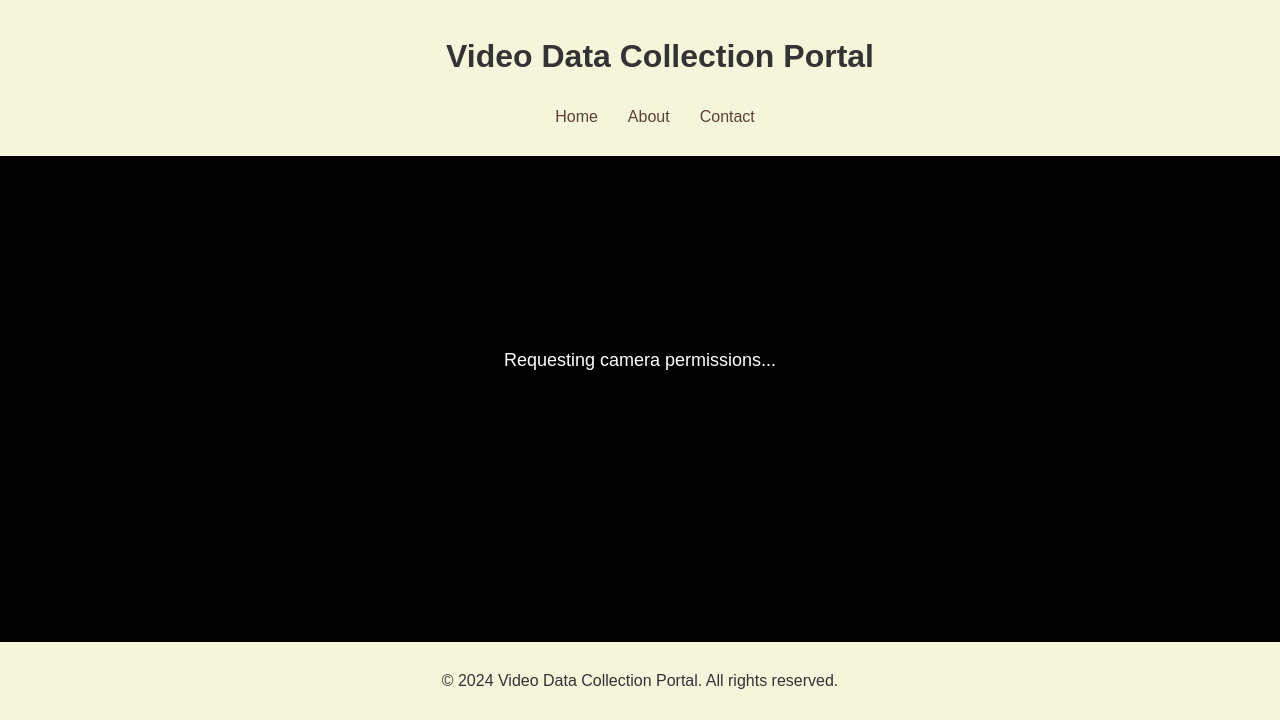
Repository: Oren93/sign_lang_data
Page: /record (app in frontend/sign-lang-ui/)
These files come from the project's save history. The page is drawn as it stood at one moment and after the next save; the edit follows.
The browser window is 1280 px wide. The pictures show the whole page.
The page's requests for data from a server got no answer. The project was rebuilt for these pictures with package versions that can differ from the ones it lists, and the page was loaded fresh each time. No one was signed in, and anything a server would have sent is missing. Also part of the build but not shown: frontend/sign-lang-ui/vite.config.ts, frontend/sign-lang-ui/src/pages/Home.tsx, frontend/sign-lang-ui/src/pages/About.tsx, frontend/sign-lang-ui/src/pages/Contact.tsx, frontend/sign-lang-ui/src/pages/Upload.module.css, frontend/sign-lang-ui/src/pages/Upload.tsx.

Above is the page before, as saved 2024-06-10 10:35:50.

### frontend/sign-lang-ui/src/main.tsx
// src/main.tsx
import React from 'react';
import ReactDOM from 'react-dom/client';
import { BrowserRouter as Router, Routes, Route } from 'react-router-dom';
import App from './App';
import './index.css';

const root = ReactDOM.createRoot(document.getElementById('root') as HTMLElement);
root.render(
  <React.StrictMode>
    <Router>
      <Routes>
        <Route path="/*" element={<App />} />
      </Routes>
    </Router>
  </React.StrictMode>
);

### frontend/sign-lang-ui/src/App.tsx
// src/App.tsx
import React, { useEffect, useLayoutEffect } from 'react';
import { Routes, Route, useLocation } from 'react-router-dom';
import Header from './components/Header';
import Footer from './components/Footer';
import Home from './pages/Home';
import About from './pages/About';
import Contact from './pages/Contact';
import Upload from './pages/Upload';
import Record from './pages/Record'; // Import the new component

const App: React.FC = () => {
  const location = useLocation();

  useLayoutEffect(() => {
    const adjustMainPadding = () => {
      const headerHeight = document.querySelector('header')?.offsetHeight || 0;
      const footerHeight = document.querySelector('footer')?.offsetHeight || 0;
      const mainElement = document.querySelector('main');

      if (mainElement) {
        mainElement.style.paddingTop = `${headerHeight}px`;
        mainElement.style.paddingBottom = `${footerHeight}px`;
      }
    };

    // Initial adjustment
    adjustMainPadding();

    // Adjust padding on load and window resize
    window.addEventListener('resize', adjustMainPadding);

    return () => {
      window.removeEventListener('resize', adjustMainPadding);
    };
  }, [location.pathname]);

  return (
    <div>
      <Header />
      <Routes>
        <Route path="/" element={<Home />} />
        <Route path="/about" element={<About />} />
        <Route path="/contact" element={<Contact />} />
        <Route path="/upload" element={<Upload />} />
        <Route path="/record" element={<Record />} /> {/* Add the new route */}
      </Routes>
      <Footer />
    </div>
  );
};

export default App;

### frontend/sign-lang-ui/src/index.css
/* src/index.css */

/* General body styles */
html, body {
  font-family: Arial, sans-serif;
  line-height: 1.6;
  margin: 0;
  padding: 0;
  background: #f4f4f4;
  color: #333;
  height: 100vh;
  overflow: auto;
}

/* Header styles */
header {
  position: fixed;
  top: 0;
  left: 0;
  width: 100%;
  background: #f5f5dc;
  color: #333;
  padding: 10px 20px;
  z-index: 1000;
  text-align: center;
}

nav ul {
  list-style: none;
  padding: 0;
}

nav ul li {
  display: inline;
  margin-right: 10px;
}

nav ul li a {
  color: #5C4033;
  text-decoration: none;
  padding: 5px 10px;
}

/* Main section styles */
main {
  position: relative;
  overflow-y: auto;
  padding-left: 20px;
  padding-right: 20px;
  background: #fff; /* Ensures background color for readability */
  transition: padding-top 0.3s ease, padding-bottom 0.3s ease; /* Smooth transitions for padding adjustments */
  padding-top: 0; /* Initially set to 0 */
  padding-bottom: 0; /* Initially set to 0 */
}

section {
  margin-bottom: 20px;
}

/* Footer styles */
footer {
  position: fixed;
  bottom: 0;
  left: 0;
  width: 100%;
  background: #f5f5dc;
  color: #333;
  padding: 10px 20px;
  z-index: 1000;
  text-align: center;
  box-sizing: border-box; /* Ensures padding is included in the element's total width and height */
}
/* Link hover effect */
nav ul li a:hover {
  color: #8B4513;
  text-decoration: underline;
}

@media (max-width: 768px) {
  nav ul {
      text-align: center;
  }

  nav ul li {
      display: block;
      margin-bottom: 10px;
  }

  main {
      margin: 10px;
  }
}

/* Form styles */
form {
  max-width: 500px;
  margin: 20px auto;
  padding: 20px;
  background: #f8f8f8;
  border: 1px solid #ddd;
}

label {
  display: block;
  margin-bottom: 10px;
}

input[type="file"] {
  margin-bottom: 20px;
}

button {
  background: #333;
  color: #fff;
  border: none;
  padding: 10px 20px;
  cursor: pointer;
}

button:hover {
  background: #555;
}

### frontend/sign-lang-ui/src/components/Header.tsx
// src/components/Header.tsx
import React from 'react';
import { Link } from 'react-router-dom';

const Header: React.FC = () => {
  return (
    <header>
      <h1>Video Data Collection Portal</h1>
      <nav>
        <ul>
          <li><Link to="/">Home</Link></li>
          <li><Link to="/about">About</Link></li>
          <li><Link to="/contact">Contact</Link></li>
          {/* Removed the upload link */}
        </ul>
      </nav>
    </header>
  );
};

export default Header;

### frontend/sign-lang-ui/src/components/Footer.tsx
// src/components/Footer.tsx
import React from 'react';

const Footer: React.FC = () => {
  return (
    <footer>
      <p>&copy; 2024 Video Data Collection Portal. All rights reserved.</p>
    </footer>
  );
};

export default Footer;

### frontend/sign-lang-ui/src/pages/Record.tsx
// src/pages/Record.tsx
import React, { useState, useRef, useEffect } from 'react';
import { useNavigate } from 'react-router-dom';
import Webcam from 'react-webcam';
import styles from './Record.module.css'; // Import the CSS module

const words = ['hello', 'world', 'sign', 'language', 'video', 'record']; // Example words

const Record: React.FC = () => {
  const [word, setWord] = useState<string>('');
  const [recording, setRecording] = useState<boolean>(false);
  const [videoUrl, setVideoUrl] = useState<string | null>(null);
  const [cameraEnabled, setCameraEnabled] = useState<boolean>(false);
  const webcamRef = useRef<Webcam>(null);
  const mediaRecorderRef = useRef<MediaRecorder | null>(null);
  const [capturedChunks, setCapturedChunks] = useState<Blob[]>([]);
  const navigate = useNavigate();

  useEffect(() => {
    generateRandomWord();
    document.documentElement.requestFullscreen();

    const requestCameraPermission = async () => {
      try {
        await navigator.mediaDevices.getUserMedia({ video: true });
        setCameraEnabled(true);
      } catch (error) {
        alert('Camera permissions are required to proceed.');
        navigate('/');
      }
    };

    requestCameraPermission();
  }, [navigate]);

  const generateRandomWord = () => {
    const randomWord = words[Math.floor(Math.random() * words.length)];
    setWord(randomWord);
  };

  const handleStartRecording = () => {
    setRecording(true);
    setCapturedChunks([]);
    if (webcamRef.current?.stream) {
      mediaRecorderRef.current = new MediaRecorder(webcamRef.current.stream, {
        mimeType: 'video/webm',
      });
      mediaRecorderRef.current.addEventListener('dataavailable', handleDataAvailable);
      mediaRecorderRef.current.start();
    }
  };

  const handleDataAvailable = (event: BlobEvent) => {
    if (event.data.size > 0) {
      setCapturedChunks((prev) => [...prev, event.data]);
    }
  };

  const handleStopRecording = () => {
    setRecording(false);
    mediaRecorderRef.current?.stop();
    if (capturedChunks.length) {
      const blob = new Blob(capturedChunks, { type: 'video/webm' });
      const url = URL.createObjectURL(blob);
      setVideoUrl(url);
    }
  };

  const handleLeaveRecording = () => {
    document.exitFullscreen();
    navigate('/');
  };

  return (
    <div className={styles.fullscreenContainer}>
      <div className={styles.overlay}>
        {cameraEnabled ? (
          <>
            <h2 className={styles.word}>{word}</h2>
            <Webcam className={styles.webcam} audio={false} ref={webcamRef} />
            <div className={styles.buttonContainer}>
              {recording ? (
                <button className={styles.startButton} onClick={handleStopRecording}>Stop Recording</button>
              ) : (
                <button className={styles.startButton} onClick={handleStartRecording}>Start Recording</button>
              )}
              <button className={styles.leaveButton} onClick={handleLeaveRecording}>Leave Recording</button>
            </div>
            {videoUrl && (
              <div>
                <h3>Recorded Video:</h3>
                <video className={styles.video} src={videoUrl} controls />
              </div>
            )}
          </>
        ) : (
          <p className={styles.permissionMessage}>Requesting camera permissions...</p>
        )}
      </div>
    </div>
  );
};

export default Record;

### frontend/sign-lang-ui/src/pages/Record.module.css
/* src/pages/Record.module.css */

.fullscreenContainer {
    display: flex;
    justify-content: center;
    align-items: center;
    width: 100vw;
    height: 100vh;
    background-color: black;
    position: relative;
}

.overlay {
    display: flex;
    flex-direction: column;
    align-items: center;
    justify-content: center;
    position: absolute;
    width: 100%;
    height: 100%;
}

.word {
    color: white;
    font-size: 24px;
    margin-bottom: 20px;
}

.webcam {
    width: 50%;
    max-width: 600px;
    border: 2px solid white;
    margin-bottom: 20px;
}

.buttonContainer {
    display: flex;
    justify-content: space-around;
    width: 50%;
    max-width: 600px;
}

.startButton {
    background-color: #007bff; /* Sea blue */
    color: white;
    border: none;
    padding: 10px 20px;
    cursor: pointer;
    font-size: 16px;
    margin: 5px;
}

.leaveButton {
    background-color: #d3d3d3; /* Light grey */
    color: black;
    border: none;
    padding: 10px 20px;
    cursor: pointer;
    font-size: 16px;
    margin: 5px;
}

.video {
    margin-top: 20px;
    width: 100%;
    max-width: 600px;
}

.permissionMessage {
    color: white;
    font-size: 18px;
}

Loaded but not shown: frontend/sign-lang-ui/index.html (common file)

After the next save:
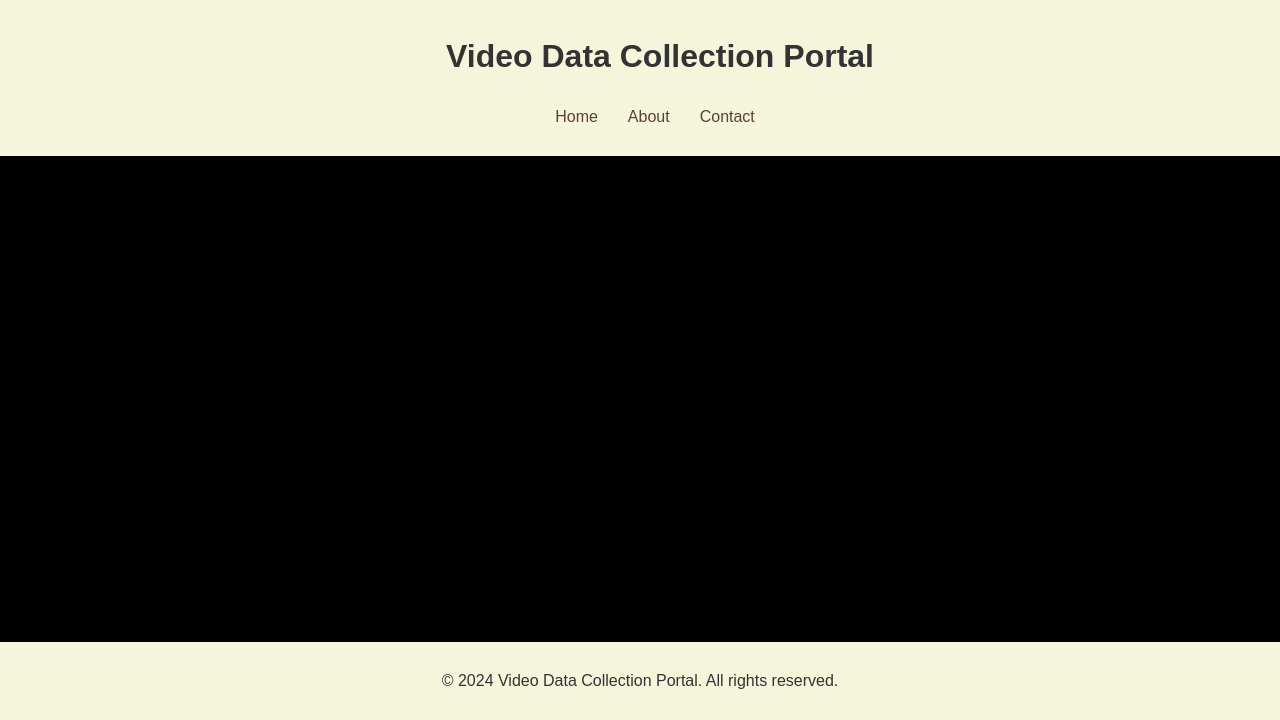
Saved 3 min 8 s later.
--- a/frontend/sign-lang-ui/src/pages/Record.tsx
+++ b/frontend/sign-lang-ui/src/pages/Record.tsx
@@ -10,6 +10,7 @@ const Record: React.FC = () => {
   const [word, setWord] = useState<string>('');
   const [recording, setRecording] = useState<boolean>(false);
   const [videoUrl, setVideoUrl] = useState<string | null>(null);
+  const [permissionsGranted, setPermissionsGranted] = useState<boolean>(false);
   const [cameraEnabled, setCameraEnabled] = useState<boolean>(false);
   const webcamRef = useRef<Webcam>(null);
   const mediaRecorderRef = useRef<MediaRecorder | null>(null);
@@ -23,7 +24,7 @@ const Record: React.FC = () => {
     const requestCameraPermission = async () => {
       try {
         await navigator.mediaDevices.getUserMedia({ video: true });
-        setCameraEnabled(true);
+        setPermissionsGranted(true);
       } catch (error) {
         alert('Camera permissions are required to proceed.');
         navigate('/');
@@ -36,6 +37,10 @@ const Record: React.FC = () => {
   const generateRandomWord = () => {
     const randomWord = words[Math.floor(Math.random() * words.length)];
     setWord(randomWord);
+  };
+
+  const handleActivateCamera = () => {
+    setCameraEnabled(true);
   };
 
   const handleStartRecording = () => {
@@ -74,7 +79,13 @@ const Record: React.FC = () => {
   return (
     <div className={styles.fullscreenContainer}>
       <div className={styles.overlay}>
-        {cameraEnabled ? (
+        {permissionsGranted && !cameraEnabled && (
+          <div className={styles.confirmation}>
+            <p className={styles.permissionMessage}>Camera permissions granted. Click "Activate Camera" to start the camera.</p>
+            <button className={styles.startButton} onClick={handleActivateCamera}>Activate Camera</button>
+          </div>
+        )}
+        {cameraEnabled && (
           <>
             <h2 className={styles.word}>{word}</h2>
             <Webcam className={styles.webcam} audio={false} ref={webcamRef} />
@@ -93,8 +104,6 @@ const Record: React.FC = () => {
               </div>
             )}
           </>
-        ) : (
-          <p className={styles.permissionMessage}>Requesting camera permissions...</p>
         )}
       </div>
     </div>
